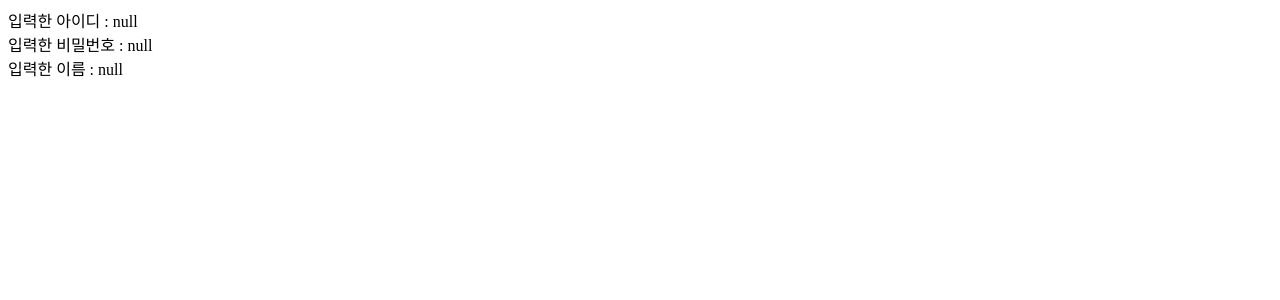
Repository: Luho0113/SpringBootStudy
Page: http://localhost/web/user-update-ok.jsp
The author's editor kept a copy of each file at every save. The page is drawn from the files as they stood at one save, then again after the next save.
The browser window is 1280 px wide. The pictures show the whole page.
The page is served by Tomcat 9. Other server files are loaded and not shown.

Above is the page before, as saved 2023-05-04 03:18:16.

### web/src/main/webapp/user-update-ok.jsp
<%@page import="com.web.common.DBCon"%>
<%@page import="java.sql.Connection"%>
<%@page import="java.sql.PreparedStatement"%>
<%@ page language="java" contentType="text/html; charset=UTF-8"
    pageEncoding="UTF-8"%>

<%
String uiId = request.getParameter("uiId");
String uiPwd = request.getParameter("uiPwd");
String uiName = request.getParameter("uiName");
%>

입력한 아이디 : <%=uiId %> <br>
입력한 비밀번호 : <%=uiPwd %> <br>
입력한 이름 : <%=uiName %> <br>

<%

Connection con = DBCon.getCon();
String sql = "INSERT INTO USER_INFO(UI_ID, UI_PWD, UI_NAME) ";
PreparedStatement stmt = con.prepareStatement(sql);

if(uiId!=null && uiPwd!=null && uiName!=null){
	sql += " VALUES(CONCAT('?', '?', '?'))";
}

if(uiId!=null && uiPwd!=null && uiName!=null){
	stmt.setString(1, uiId);
	stmt.setString(2, uiPwd);
	stmt.setString(3, uiName);
}

%>

### web/src/main/java/com/web/common/DBCon.java
package com.web.common;

import java.sql.Connection;
import java.sql.DriverManager;

public class DBCon {
	//DB 연결 전용 메소드를 생성함
	//예외 처리가 필요함 (jsp는 자체적으로 예외처리가 되지만 자바파일은 안됨)

	public static Connection getCon() {

		Connection con = null; //커넥션 준비
		try {

			Class.forName("com.mysql.cj.jdbc.Driver"); //jdbc 준비 ex)유심장착

			String url = "jdbc:mysql://localhost/nothing"; //ex) 전화번호
			String id = "root";
			String pwd = "1234";

			con = DriverManager.getConnection(url, id, pwd);

		} catch (Exception e) {
			e.printStackTrace();
		}

		return con;
	}
}

After the next save:
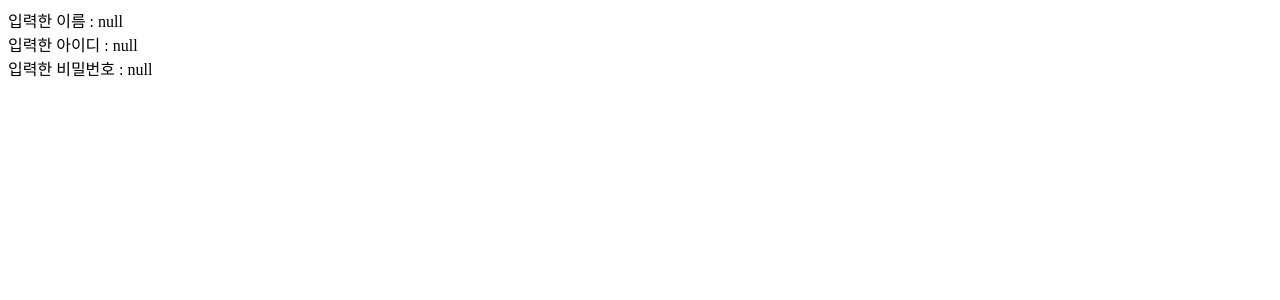
Saved 22 min 21 s later.
--- a/web/src/main/webapp/user-update-ok.jsp
+++ b/web/src/main/webapp/user-update-ok.jsp
@@ -5,19 +5,21 @@
     pageEncoding="UTF-8"%>
 
 <%
+String uiName = request.getParameter("uiName");
 String uiId = request.getParameter("uiId");
 String uiPwd = request.getParameter("uiPwd");
-String uiName = request.getParameter("uiName");
+
 %>
 
+입력한 이름 : <%=uiName %> <br>
 입력한 아이디 : <%=uiId %> <br>
 입력한 비밀번호 : <%=uiPwd %> <br>
-입력한 이름 : <%=uiName %> <br>
+
 
 <%
 
 Connection con = DBCon.getCon();
-String sql = "INSERT INTO USER_INFO(UI_ID, UI_PWD, UI_NAME) ";
+String sql = "INSERT INTO USER_INFO(UI_NAME, UI_ID, UI_PWD)";
 PreparedStatement stmt = con.prepareStatement(sql);
 
 if(uiId!=null && uiPwd!=null && uiName!=null){
@@ -25,9 +27,10 @@ if(uiId!=null && uiPwd!=null && uiName!=null){
 }
 
 if(uiId!=null && uiPwd!=null && uiName!=null){
-	stmt.setString(1, uiId);
-	stmt.setString(2, uiPwd);
-	stmt.setString(3, uiName);
+	stmt.setString(1, uiName);
+	stmt.setString(2, uiId);
+	stmt.setString(3, uiPwd);
+
 }
 
 %>
